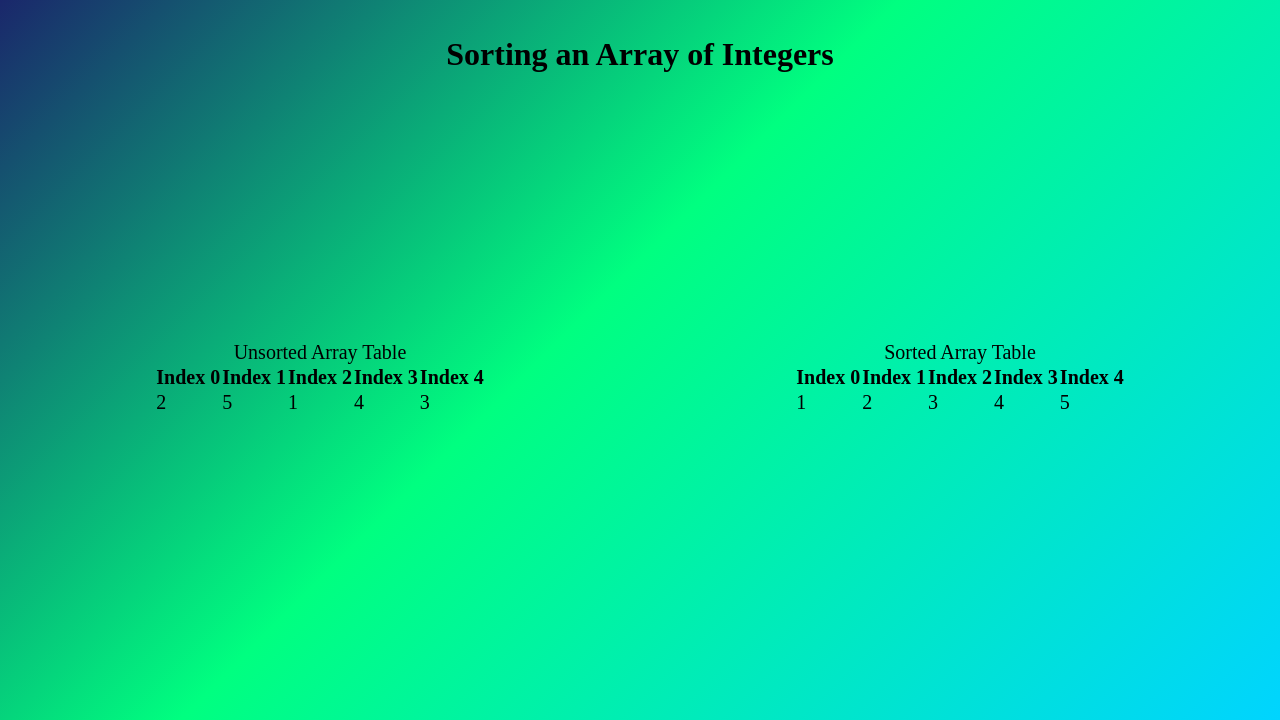
Repository: mlmEFSC21/P16-Sorting-Integers
Page: sort.html
An editor plug-in stored every save of this project. The page is shown before and after the next save, followed by the edit.
The browser window is 1280 px wide. The pictures show the whole page.

Above is the page before, as saved 2022-03-24 18:21:34.

### sort.html
<!DOCTYPE html>
<html lang="en">
    <head>
        <meta charset="UTF-8" />
        <meta http-equiv="X-UA-Compatible" content="IE=edge" />
        <meta name="viewport" content="width=device-width, initial-scale=1.0" />
        <link rel="stylesheet" href="sort.css" />
        <!-- <script defer src="sort.js"></script> -->
        <title>Array Sorting</title>
    </head>
    <body>
        <header class="mainHeader">
            <h1>Sorting an Array of Integers</h1>
        </header>
        <section>
            <div class="arrayContainer" id="arrayContainer">
                <!-- <h2 class="unsorted" id="unsorted">Array 1</h2>
                <h2 class="sorted" id="sorted">Array 2</h2> -->
                <table class="unsortedTable" id="unsortedTable">
                    <caption>
                        Unsorted Array Table
                    </caption>
                    <thead>
                        <th>Index 0</th>
                        <th>Index 1</th>
                        <th>Index 2</th>
                        <th>Index 3</th>
                        <th>Index 4</th>
                    </thead>
                    <tbody>
                        <tr>
                            <td>2</td>
                            <td>5</td>
                            <td>1</td>
                            <td>4</td>
                            <td>3</td>
                        </tr>
                    </tbody>
                </table>
                <table class="sortedTable" id="sortedTable">
                    <caption>
                        Sorted Array Table
                    </caption>
                    <thead>
                        <th>Index 0</th>
                        <th>Index 1</th>
                        <th>Index 2</th>
                        <th>Index 3</th>
                        <th>Index 4</th>
                    </thead>
                    <tbody>
                        <tr>
                            <td>1</td>
                            <td>2</td>
                            <td>3</td>
                            <td>4</td>
                            <td>5</td>
                        </tr>
                    </tbody>
                </table>
            </div>
        </section>
    </body>
</html>

### sort.css
:root {
    --clr-background: #00ff8f;
    --clr-primary: #00f0ff;
    --clr-secondary: #00ff0f;
}
*,
*::after,
*::before {
    box-sizing: border-box;
    margin: 0;
    padding: 0;
}
body {
    font-size: 0.875;
    background-color: var(--clr-background);
    background-repeat: no-repeat;
    background-size: cover;
    background: linear-gradient(
        135deg,
        rgba(26, 39, 107, 1) 0%,
        rgba(0, 255, 128, 1) 45%,
        rgba(0, 212, 255, 1) 100%
    );
    height: 100vh;
}
.mainHeader {
    height: 15vh;
    display: flex;
    align-items: center;
    justify-content: center;
}
.arrayContainer {
    height: min(75vh, 640px);
    display: flex;
    align-items: center;
    justify-content: space-around;
}
table {
    font-size: 1.25rem;
}

After the next save:
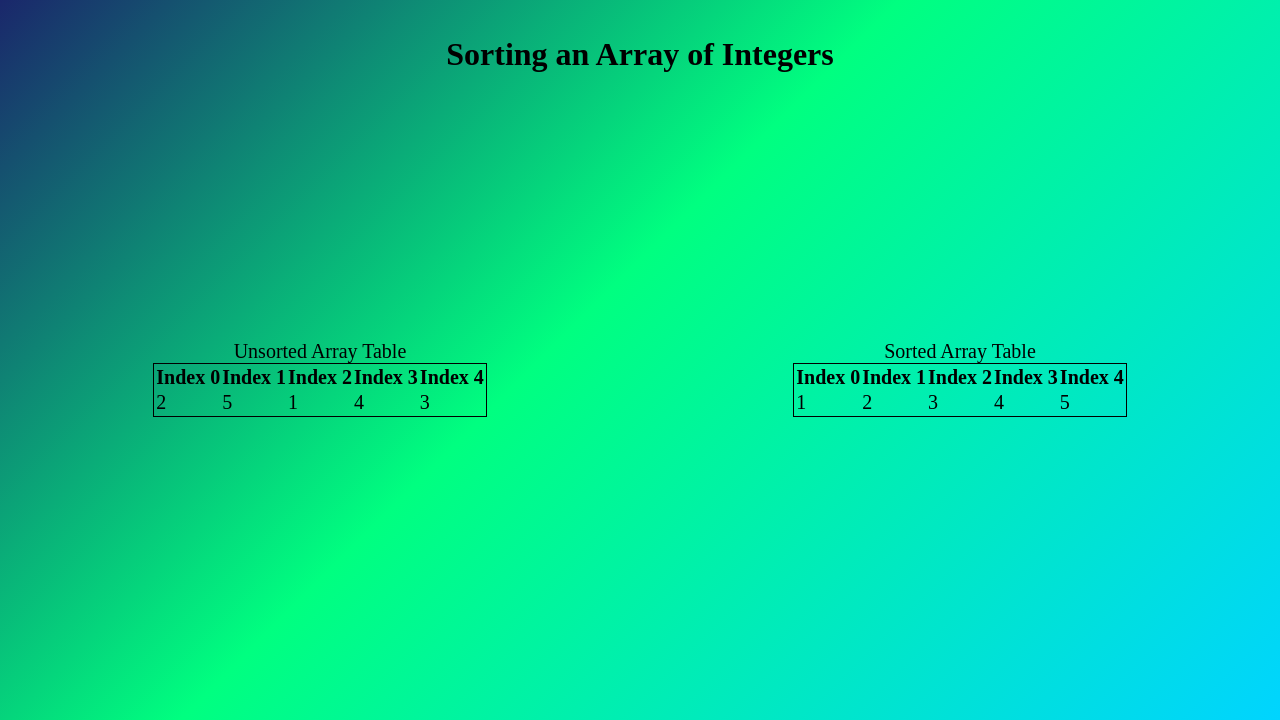
Saved 39 s later.
--- a/sort.css
+++ b/sort.css
@@ -37,4 +37,5 @@ body {
 }
 table {
     font-size: 1.25rem;
+    border: 1.5px solid black;
 }
